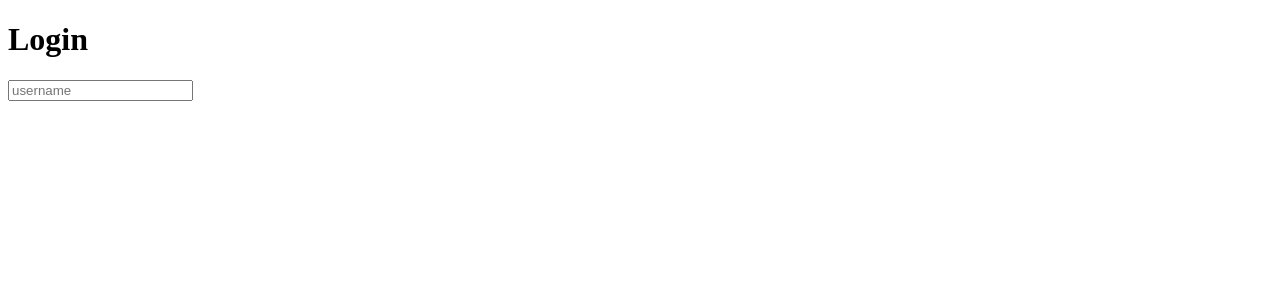
Repository: Jace9999/V-Blog
Page: /login (app in client/youtube2022/)
An editor plug-in stored every save of this project. The page is shown before and after the next save, followed by the edit.
The browser window is 1280 px wide. The pictures show the whole page.
The project was rebuilt for these pictures with package versions that can differ from the ones it lists, and the page was loaded fresh each time. Also part of the build but not shown: client/youtube2022/src/pages/Register.jsx, client/youtube2022/src/pages/Home.jsx, client/youtube2022/src/pages/Single.jsx, client/youtube2022/src/pages/Write.jsx, client/youtube2022/src/components/Navbar.jsx, client/youtube2022/src/components/Footer.jsx.

Above is the page before, as saved 2023-08-02 14:03:17.

After the next save:
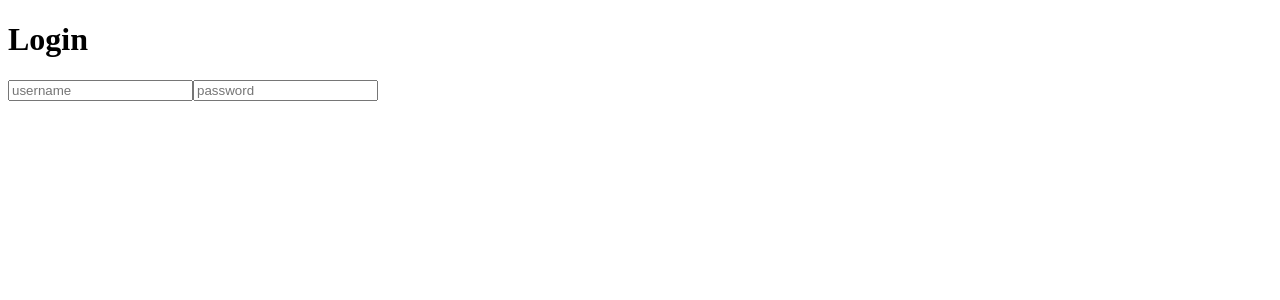
Saved 2 min 49 s later.
--- a/client/youtube2022/src/pages/Login.jsx
+++ b/client/youtube2022/src/pages/Login.jsx
@@ -6,6 +6,7 @@ export const Login = () => {
       <h1>Login</h1>
       <form>
         <input type="text" placeholder='username'/>
+        <input type="password" placeholder='password'/>
 
 
       </form>
